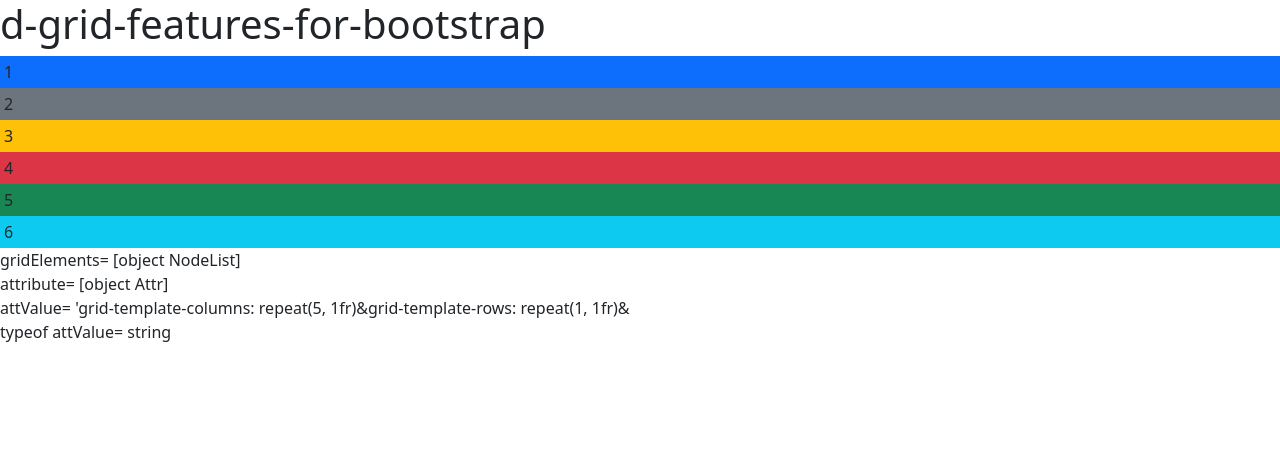
Repository: LynxPardelle/d-grid-features-for-bootstrap
Page: index.html
The author's editor kept a copy of each file at every save. The page is drawn from the files as they stood at one save, then again after the next save.
The browser window is 1280 px wide. The pictures show the whole page.

Above is the page before, as saved 2021-10-20 04:04:37.

After the next save:
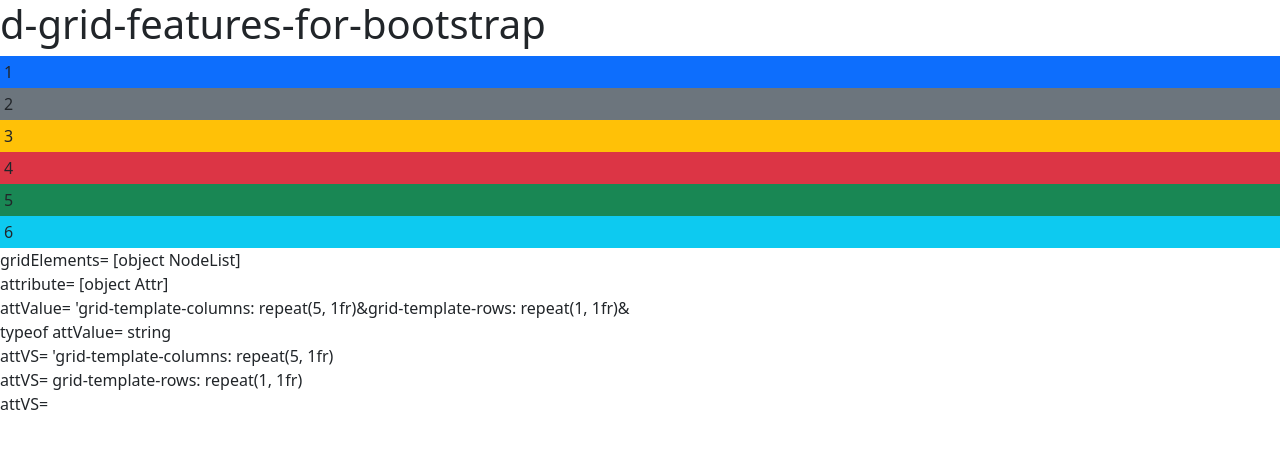
Saved 84 s later.
--- a/d-grid.js
+++ b/d-grid.js
@@ -20,6 +20,13 @@ for (let gridElement of gridElements) {
         console.log(typeof attValue);
       document.getElementById("console").innerHTML +=
         "typeof attValue= " + typeof attValue + "<br/>";
+
+      let attVAs = attValue.split('&');
+      for(let attVS of attVAs){
+        console.log(attVS);
+      document.getElementById("console").innerHTML +=
+        "attVS= " + attVS + "<br/>";
+      }
     }
   }
 }
